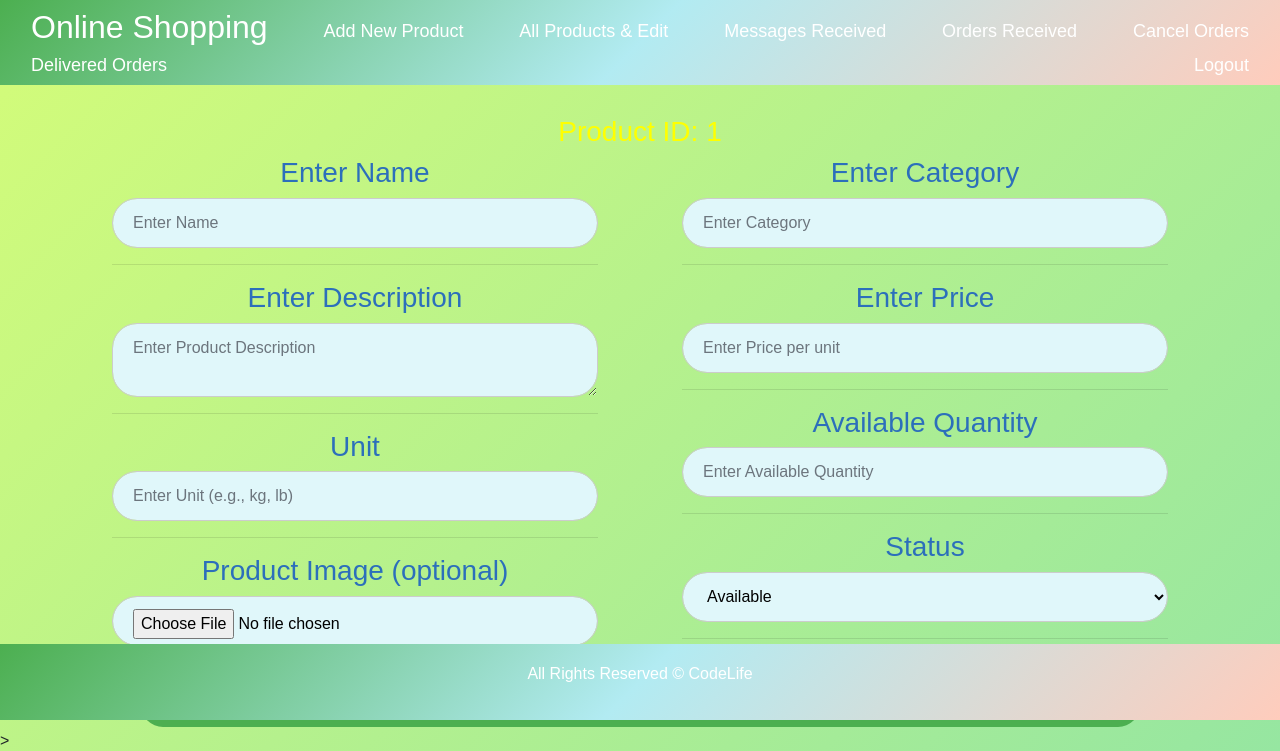
Repository: Dineshbabu290904/DigiMart
Page: http://localhost/DigiMart/admin/addNewProduct.jsp
An editor plug-in stored every save of this project. The page is shown before and after the next save, followed by the edit.
The browser window is 1280 px wide. The pictures show the whole page.
Some web libraries are served in a nearby version. The page is served by Tomcat 9. Other server files are loaded and not shown. Queries for data that is not in the repository find no rows.

Above is the page before, as saved 2024-10-16 16:33:11.

### DigiMart/src/main/webapp/admin/addNewProduct.jsp
<%@ page import="com.digimart.project.ConnectionProvider" %>
<%@ page import="java.sql.*" %>
<%@ include file="adminHeader.jsp" %>

<html lang="en">
<head>
    <meta charset="UTF-8">
    <meta name="viewport" content="width=device-width, initial-scale=1.0">
    <link rel="stylesheet" href="https://stackpath.bootstrapcdn.com/bootstrap/4.5.2/css/bootstrap.min.css">
    <link rel="stylesheet" href="../css/addNewProduct-style.css">
    <title>Add New Product</title>
    <style>
        body {
            background: linear-gradient(135deg, #d4fc79 0%, #96e6a1 100%); /* Light green gradient */
        }
        .container {
            margin-top: 30px;
        }
        .alert {
            text-align: center;
        }
        .input-style {
            border-radius: 25px;
            height: 50px;
            background-color: #e0f7fa; /* Light cyan background for inputs */
            border: 1px solid #ccc;
        }
        .button {
            border-radius: 25px;
            background-color: #4caf50; /* Green background */
            color: white;
            padding: 12px 25px;
            border: none;
            transition: background 0.3s;
        }
        .button:hover {
            background-color: #45a049; /* Darker green on hover */
        }
        h3 {
            color: #2c6fbb; /* Cool blue for headings */
        }
    </style>
</head>
<body>

<%
    int id = 1; // Default product ID
    String msg = request.getParameter("msg"); // Get message parameter from the request
    try {
        Connection con = ConnectionProvider.getCon();
        Statement statement = con.createStatement();
        ResultSet resultSet = statement.executeQuery("SELECT MAX(product_id) FROM Products");
        if (resultSet.next()) {
            id = resultSet.getInt(1) + 1; // Get the next product ID
        }
    } catch (SQLException e) {
        e.printStackTrace();
        System.out.println("SQL Error: " + e.getMessage());
    } catch (Exception e) {
        e.printStackTrace();
        System.out.println("Error: " + e.getMessage());
    }
%>

<div class="container">
    <% if (msg != null) { %>
        <div class="alert alert-<%= msg.equals("done") ? "success" : "danger" %>">
            <%= msg.equals("done") ? "Product Added Successfully!" : "Something went wrong! Try Again!" %>
        </div>
    <% } %>

    <h3 style="color: yellow;">Product ID: <%= id %></h3>

    <form action="AddProductServlet" method="post" enctype="multipart/form-data">
        <input type="hidden" name="id" value="<%= id %>">

        <div class="row">
            <div class="col-md-6">
                <h3>Enter Name</h3>
                <input class="input-style form-control" type="text" name="P_name" placeholder="Enter Name" required maxlength="100">
                <hr>

                <h3>Enter Description</h3>
                <textarea class="input-style form-control" name="description" placeholder="Enter Product Description" required maxlength="500"></textarea>
                <hr>

                <h3>Unit</h3>
                <input class="input-style form-control" type="text" name="unit" placeholder="Enter Unit (e.g., kg, lb)" required maxlength="20">
                <hr>

                <h3>Product Image (optional)</h3>
                <input class="input-style form-control" type="file" name="productImage" accept="image/*">
                <hr>
            </div>

            <div class="col-md-6">
                <h3>Enter Category</h3>
                <input class="input-style form-control" type="text" name="category" placeholder="Enter Category" required maxlength="100">
                <hr>

                <h3>Enter Price</h3>
                <input class="input-style form-control" type="number" step="0.01" name="price" placeholder="Enter Price per unit" required min="0">
                <hr>

                <h3>Available Quantity</h3>
                <input class="input-style form-control" type="number" name="available_qty" placeholder="Enter Available Quantity" required min="0">
                <hr>

                <h3>Status</h3>
                <select name="status" class="input-style form-control">
                    <option value="Available">Available</option>
                    <option value="Out of Stock">Out of Stock</option>
                </select>
                <hr>
            </div>
        </div>

        <button type="submit" class="button">Save <i class='far fa-arrow-alt-circle-right'></i></button>
    </form>
</div>

<!-- Bootstrap JS and dependencies -->
<script src="https://code.jquery.com/jquery-3.5.1.slim.min.js"></script>
<script src="https://cdn.jsdelivr.net/npm/@popperjs/core@2.5.3/dist/umd/popper.min.js"></script>
<script src="https://stackpath.bootstrapcdn.com/bootstrap/4.5.2/js/bootstrap.min.js"></script>

</body>
<%@ include file="../footer.jsp" %>
</html>

### DigiMart/src/main/webapp/admin/adminHeader.jsp
<%@page errorPage="../error.jsp" %>
<!DOCTYPE html>
<html lang="en">
<head>
    <meta charset="UTF-8">
    <meta name="viewport" content="width=device-width, initial-scale=1.0">
    <link rel="stylesheet" href="../css/home-style.css">
    <link rel="stylesheet" href="https://cdnjs.cloudflare.com/ajax/libs/font-awesome/4.7.0/css/font-awesome.min.css">
    <link rel="stylesheet" href="https://stackpath.bootstrapcdn.com/bootstrap/4.5.2/css/bootstrap.min.css">
    <script src='https://kit.fontawesome.com/a076d05399.js'></script>
    <style>
        body {
            background: linear-gradient(135deg, #d4fc79 0%, #96e6a1 100%); /* Light green gradient */
        }
        .navbar {
            background: linear-gradient(135deg, #4caf50, #b2ebf2, #ffccbc); /* Green to Light Blue to Light Pink */
            padding: 10px; /* Padding around navbar */
        }
        .navbar a {
            color: white; /* White text for links */
            margin: 0 15px; /* Spacing between links */
            text-decoration: none; /* Remove underline */
            font-size: 18px; /* Larger font size */
        }
        .navbar a:hover {
            text-decoration: underline; /* Underline on hover */
        }
        h1 {
            color: #2c6fbb; /* Cool blue for headings */
            text-shadow: 2px 2px 4px rgba(0, 0, 0, 0.5); /* Subtle shadow for depth */
        }
    </style>
</head>
<body>
    <nav class="navbar">
        <a href="adminHome.jsp"><h2>Online Shopping</h2></a>
        <a href="addNewProduct.jsp">Add New Product</a>
        <a href="allProductEditProduct.jsp">All Products & Edit</a>
        <a href="messagesReceived.jsp">Messages Received</a>
        <a href="ordersReceived.jsp">Orders Received</a>
        <a href="cancelOrders.jsp">Cancel Orders</a>
        <a href="deliveredOrders.jsp">Delivered Orders</a>
        <a href="../logout.jsp">Logout</a>
    </nav>
</body>
</html>

### DigiMart/src/main/webapp/footer.jsp
<head>
	<style>
	.footer {
            background: linear-gradient(135deg, #4caf50, #b2ebf2, #ffccbc); /* Green to Light Blue to Light Pink */
            color: white; /* White text */
            text-align: center; /* Center text */
            padding: 20px; /* Padding around footer */
            margin-top: auto; /* Push footer to the bottom */
            width: 100%; /* Full width */
        }
    </style>
</head>>
<body>
<div class="footer">
    <p>All Rights Reserved &copy; CodeLife</p>
</div>
</body>

### DigiMart/src/main/java/com/digimart/project/ConnectionProvider.java
package com.digimart.project;

import java.sql.*;

public class ConnectionProvider {
	public static Connection getCon() {
		try {
			Class.forName("com.mysql.cj.jdbc.Driver");
			Connection con = DriverManager.getConnection("jdbc:mysql://localhost:3306/DB","root","Dinesh@2004");
			return con;
		} catch(Exception e) {
			System.out.print(e);
			return null;
		}
	}
}

### DigiMart/src/main/webapp/css/home-style.css
    body {
  font-family: "Open Sans", sans-serif;
  line-height: 1.25;
  background-color: green;
}
a
{
	text-decoration: none;
}
.sticky {
  position: -webkit-sticky;
  position: sticky;
  top: 0;
}

table {
  border: 1px solid #ccc;
  border-collapse: collapse;
  margin: 0;
  padding: 0;
  width: 100%;
  /*margin-left: 5%;*/
  table-layout: fixed;
}

table caption {
  font-size: 1.5em;
  margin: .5em 0 .75em;
}

table tr {
  background-color: #f8f8f8;
  border: 1px solid #ddd;
  padding: .35em;
}

table th,
table td {
  padding: .625em;
  text-align: center;
}

table th {
  font-size: .85em;
  letter-spacing: .1em;
  text-transform: uppercase;
}

@media screen and (max-width: 600px) {
  table {
    border: 0;
  }

  table caption {
    font-size: 1.3em;
  }

  table thead {
    border: none;
    clip: rect(0 0 0 0);
    height: 1px;
    margin: -1px;
    overflow: hidden;
    padding: 0;
    position: absolute;
    width: 1px;
  }

  table tr {
    border-bottom: 3px solid #ddd;
    display: block;
    margin-bottom: .625em;
  }

  table td {
    border-bottom: 1px solid #ddd;
    display: block;
    font-size: .8em;
    text-align: right;
  }

  table td::before {
    /*
    * aria-label has no advantage, it won't be read inside a table
    content: attr(aria-label);
    */
    content: attr(data-label);
    float: left;
    font-weight: bold;
    text-transform: uppercase;
  }

  table td:last-child {
    border-bottom: 0;
  }
}

/*Header Css*/
* {box-sizing: border-box;}

    body {
      margin: 0;
      font-family: Arial, Helvetica, sans-serif;
    }

    .topnav {
      overflow: hidden;
      background-color: #e9e9e9;
    }

    .topnav a {
      float: left;
      display: block;
      color: black;
      text-align: center;
      padding: 14px 16px;
      text-decoration: none;
      font-size: 17px;
    }

    .topnav a:hover {
      background-color: #ddd;
      color: black;
    }

    .topnav a.active {
      background-color: green;
      color: white;
    }

    .topnav .search-container {
      float: right;
    }

    .topnav input[type=text] {
      padding: 6px;
      margin-top: 8px;
      font-size: 17px;
      border: none;
    }

    .topnav .search-container button {
      float: right;
      padding: 6px 10px;
      margin-top: 8px;
      margin-right: 16px;
      background: #ddd;
      font-size: 17px;
      border: none;
      cursor: pointer;
    }

    .topnav .search-container button:hover {
      background: #ccc;
    }

    @media screen and (max-width: 600px) {
      .topnav .search-container {
        float: none;
      }
      .topnav a, .topnav input[type=text], .topnav .search-container button {
        float: none;
        display: block;
        text-align: left;
        width: 100%;
        margin: 0;
        padding: 14px;
      }
      .topnav input[type=text] {
        border: 1px solid #ccc;
      }

    }
/*footer*/
.footer {
   position: fixed;
   left: 0;
   bottom: 0;
   width: 100%;
   background-color:#ccc;
   color:black;
   text-align: center;
}

.h2222 {
  width: 100%;
  padding: 12px 20px;
  margin: 8px 0;
  box-sizing: border-box;
  border: none;
  background-color: #3CBC8D;
  color: white;
}

### DigiMart/src/main/webapp/css/addNewProduct-style.css
body {
  font-family: "Open Sans", sans-serif;
  line-height: 1.25;
  background-color: green;
}

a
{
	text-decoration: none;
}
.sticky {
  position: -webkit-sticky;
  position: sticky;
  top: 0;
}

table {
  border: 1px solid #ccc;
  border-collapse: collapse;
  margin: 0;
  padding: 0;
  width: 100%;
  /*margin-left: 5%;*/
  table-layout: fixed;
}

table caption {
  font-size: 1.5em;
  margin: .5em 0 .75em;
}

table tr {
  background-color: #f8f8f8;
  border: 1px solid #ddd;
  padding: .35em;
}

table th,
table td {
  padding: .625em;
  text-align: center;
}

table th {
  font-size: .85em;
  letter-spacing: .1em;
  text-transform: uppercase;
}

@media screen and (max-width: 600px) {
  table {
    border: 0;
  }

  table caption {
    font-size: 1.3em;
  }

  table thead {
    border: none;
    clip: rect(0 0 0 0);
    height: 1px;
    margin: -1px;
    overflow: hidden;
    padding: 0;
    position: absolute;
    width: 1px;
  }

  table tr {
    border-bottom: 3px solid #ddd;
    display: block;
    margin-bottom: .625em;
  }

  table td {
    border-bottom: 1px solid #ddd;
    display: block;
    font-size: .8em;
    text-align: right;
  }

  table td::before {
    /*
    * aria-label has no advantage, it won't be read inside a table
    content: attr(aria-label);
    */
    content: attr(data-label);
    float: left;
    font-weight: bold;
    text-transform: uppercase;
  }

  table td:last-child {
    border-bottom: 0;
  }
}

/*Header Css*/
* {box-sizing: border-box;}

    body {
      margin: 0;
      font-family: Arial, Helvetica, sans-serif;
    }


/*footer*/
.footer {
   position: fixed;
   left: 0;
   bottom: 0;
   width: 100%;
   background-color:#ccc;
   color:black;
   text-align: center;
}





.input-style {
  width: 90%;
  padding: 12px 20px;
  margin-left:5%;
  box-sizing: border-box;
  border: none;
  background-color:white;
  color: black;
  font-size: 16px;
}

input[type=text]:focus, textarea:focus,button:focus{
  outline: 4px solid orange;
  background-color:rgb(224, 255, 219);     /* oranges! yey */
}

.button {
  background-color: aqua;
  border: none;
  color: black;
  padding: 12px 20px;
  text-align: center;
  text-decoration: none;
  display: inline-block;
  font-size: 14px;
  margin: 4px 2px;
  transition-duration: 0.4s;
  cursor: pointer;
  margin-left:5%;
  font-size: 16px;
  width: 90%;
   border-radius: 25px;
}

.button:hover {
  background-color: #555555;
  color: white;
}

hr
{
	width: 90%
}
h3
{
	text-align: center;
	color: white;
}
.alert
{
	color:yellow;
}

.profile-style
{
	border-style: dotted;

}

.left-div
{
	width: 50%;
	display:inline-block;
}

.right-div
{
	float:right;
	width: 50%;
	display:inline-block;
}

After the next save:
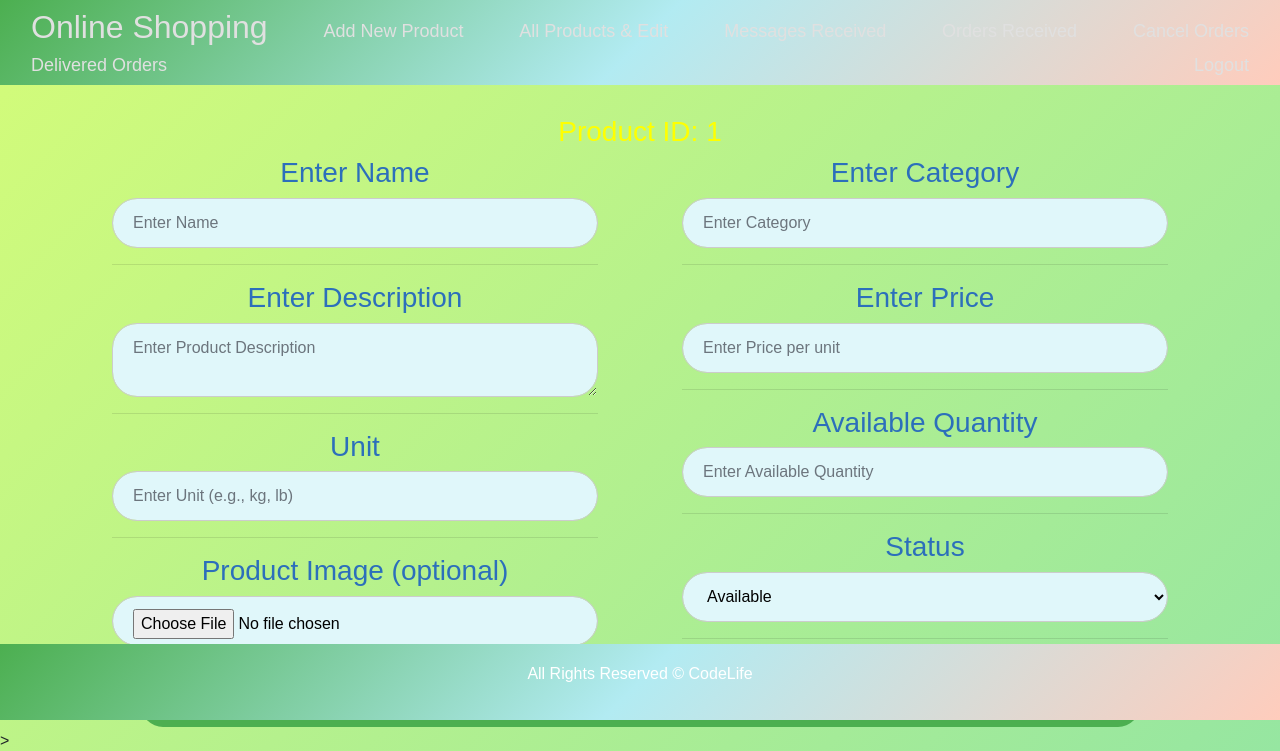
Saved 82 s later.
--- a/DigiMart/src/main/webapp/admin/adminHeader.jsp
+++ b/DigiMart/src/main/webapp/admin/adminHeader.jsp
@@ -17,7 +17,7 @@
             padding: 10px; /* Padding around navbar */
         }
         .navbar a {
-            color: white; /* White text for links */
+            color: #e0e0e0; /* White text for links */
             margin: 0 15px; /* Spacing between links */
             text-decoration: none; /* Remove underline */
             font-size: 18px; /* Larger font size */

After the save that followed:
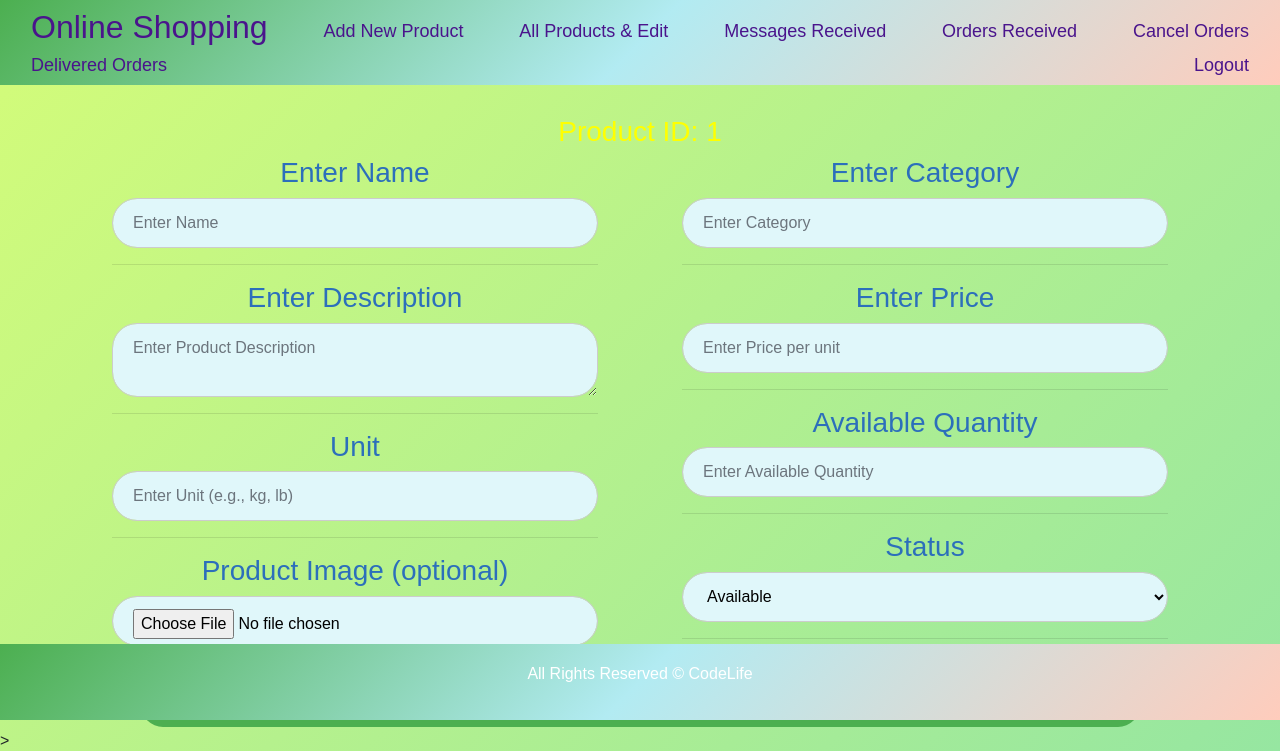
Saved 79 s later.
--- a/DigiMart/src/main/webapp/admin/adminHeader.jsp
+++ b/DigiMart/src/main/webapp/admin/adminHeader.jsp
@@ -17,7 +17,7 @@
             padding: 10px; /* Padding around navbar */
         }
         .navbar a {
-            color: #e0e0e0; /* White text for links */
+            color: #4a148c; /* Dark purple for a vibrant yet elegant touch */
             margin: 0 15px; /* Spacing between links */
             text-decoration: none; /* Remove underline */
             font-size: 18px; /* Larger font size */
